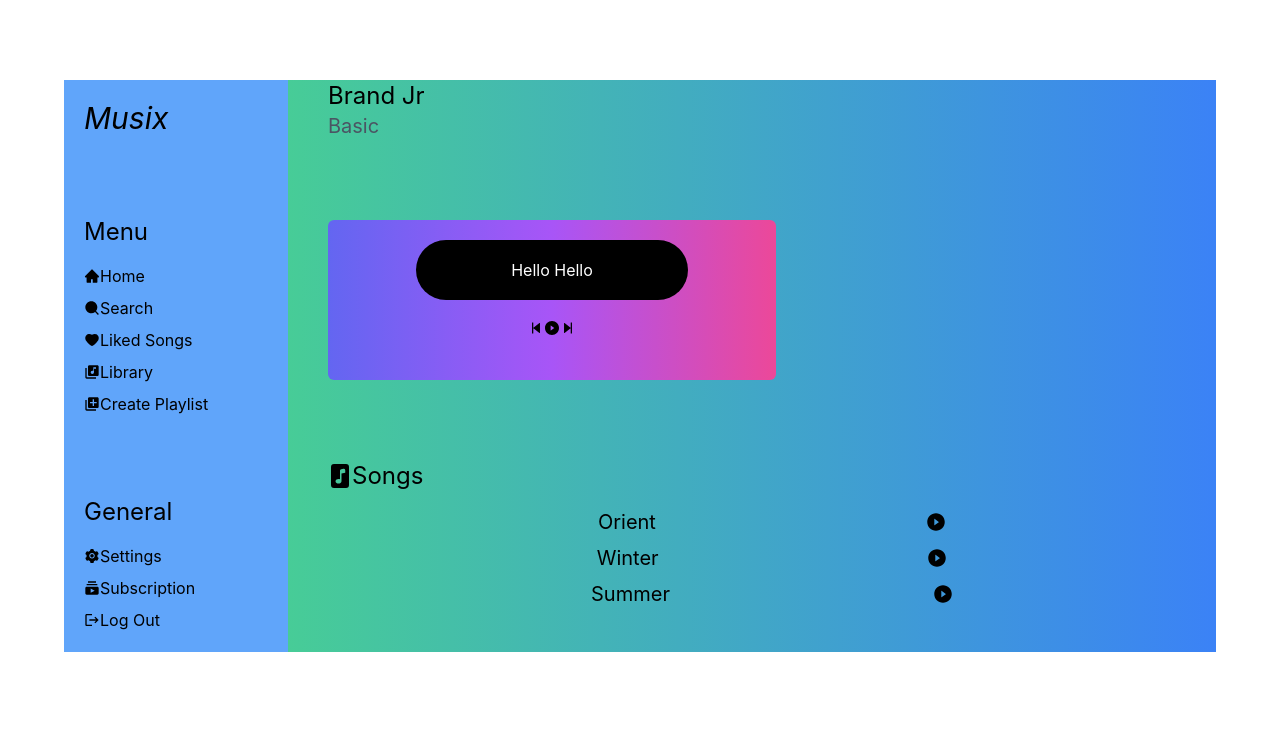
Repository: brandford7/music-player
Page: /
The author's editor kept a copy of each file at every save. The page is drawn from the files as they stood at one save, then again after the next save.
The browser window is 1280 px wide. The pictures show the whole page.
The project was rebuilt for these pictures with package versions that can differ from the ones it lists, and the page was loaded fresh each time. The framework's server and built-in components were replaced by stand-ins that run in the browser. Also part of the build but not shown: next.config.js.

Above is the page before, as saved 2022-11-18 13:02:12.

### pages/index.js
import Head from "next/head";
import Image from "next/image";
import { MusicCard, Sidebar, SongList, UserAvatar } from "../components";

export default function Home() {
  return (
    <div className="flex mx-auto max-w-6xl my-20 space-x-10 bg-gradient-to-r from-green-400 to-blue-500">
      <Head>
        <title>Music Player</title>
        <meta name="description" content="Generated by create next app" />
        <link rel="icon" href="/favicon.ico" />
      </Head>
      <aside>
        <Sidebar />
      </aside>
      <main className="flex flex-col flex-1 space-y-20">
        <UserAvatar name="Brand Jr" subscription="Basic" />
        <MusicCard title="Hello Hello" />
        <SongList />
      </main>
    </div>
  );
}

### styles/globals.css
@tailwind base;
@tailwind components;
@tailwind utilities;



html,
body {
  padding: 0;
  margin: 0;
  font-family: -apple-system, BlinkMacSystemFont, Segoe UI, Roboto, Oxygen,
    Ubuntu, Cantarell, Fira Sans, Droid Sans, Helvetica Neue, sans-serif;
}

a {
  color: inherit;
  text-decoration: none;
}

* {
  box-sizing: border-box;
}

@media (prefers-color-scheme: dark) {
  html {
    color-scheme: dark;
  }
  body {
    color: white;
    background: black;
  }
}

### components/index.js
export { default as Sidebar } from './Sidebar';
export { default as UserAvatar } from './UserAvatar';
export { default as MusicCard } from './MusicCard';
export { default as MusicButton } from './MusicButton';
export { default as SongList } from './SongList';

### components/Sidebar.jsx
import React from "react";
import { AiFillHome, AiFillHeart, AiFillSetting } from "react-icons/ai";
import {
  MdLibraryMusic,
  MdLibraryAdd,
  MdLogout,
  MdSubscriptions,
} from "react-icons/md";
import { RiSearchFill } from "react-icons/ri";

const Sidebar = () => {
  return (
    <div className="flex flex-col space-y-20 bg-blue-400 p-5  w-56">
      <section>
        <h1 className="text-3xl italic">Musix</h1>
      </section>
      <section>
        <h2 className="mb-4 text-2xl">Menu</h2>
        <ul className="space-y-2">
          <li className="flex items-center ">
            <AiFillHome />
            Home
          </li>
          <li className="flex items-center ">
            <RiSearchFill />
            Search
          </li>
          <li className="flex items-center ">
            <AiFillHeart />
            Liked Songs
          </li>
          <li className="flex items-center ">
            <MdLibraryMusic />
            Library
          </li>
          <li className="flex items-center ">
            <MdLibraryAdd />
            Create Playlist
          </li>
        </ul>
      </section>
      <section>
        <h2 className="mb-4 text-2xl">General</h2>
        <ul className="space-y-2">
          <li className="flex items-center ">
            <AiFillSetting />
            Settings
          </li>
          <li className="flex items-center ">
            <MdSubscriptions />
            Subscription
          </li>
          <li className="flex items-center ">
            <MdLogout />
            Log Out
          </li>
        </ul>
      </section>
    </div>
  );
};

export default Sidebar;

### components/UserAvatar.jsx
import React from "react";

const UserAvatar = ({ image, name, subscription }) => {
  return (
    <div className="flex flex-col">
      <img src={image} alt="" />
      <h2 className="text-2xl">{name}</h2>
      <p className="text-gray-600 text-xl"> {subscription}</p>
    </div>
  );
};

export default UserAvatar;

### components/MusicCard.jsx
import React from "react";
import MusicButton from "./MusicButton";
import {
  AiFillPlayCircle,
  AiFillStepBackward,
  AiFillStepForward,
} from "react-icons/ai";

const MusicCard = ({ title }) => {
  return (
    <div className=" flex flex-col items-center space-y-5 p-5 max-w-md rounded-md h-40 w-4/5 bg-gradient-to-r from-indigo-500 via-purple-500 to-pink-500">
      <section className="flex items-center justify-center rounded-full h-2/4 w-2/3 bg-black text-white">
        {title}
      </section>
      <section className="flex items-center justify-center">
        <MusicButton icon={<AiFillStepBackward />} />
        <MusicButton icon={<AiFillPlayCircle />} />
        <MusicButton icon={<AiFillStepForward />} />
      </section>
    </div>
  );
};

export default MusicCard;

### components/MusicButton.jsx
import React from 'react'

const MusicButton = ({icon}) => {
  return (
      <div>{icon}</div>
  )
}

export default MusicButton

### components/SongList.jsx
import React from "react";
import { BsFillFileMusicFill } from "react-icons/bs";
import { AiFillPlayCircle } from "react-icons/ai";
import MusicButton from "./MusicButton";

const SongList = () => {
  return (
    <div>
      <h1 className="flex items-center space-x-5 text-2xl mb-4">
        <BsFillFileMusicFill />
        Songs
      </h1>
      <section>
        <ul className="flex flex-col text-xl space-y-2">
          <li className="flex items-center justify-evenly ">
            Orient <MusicButton icon={<AiFillPlayCircle />} />
          </li>
          <li className="flex items-center justify-evenly ">
            Winter <MusicButton icon={<AiFillPlayCircle />} />
          </li>
          <li className="flex items-center justify-evenly ">
            Summer <MusicButton icon={<AiFillPlayCircle />} />
          </li>
        </ul>
      </section>
    </div>
  );
};

export default SongList;

Loaded but not shown: pages/_app.js (common file); tailwind.config.js (common file)

After the next save:
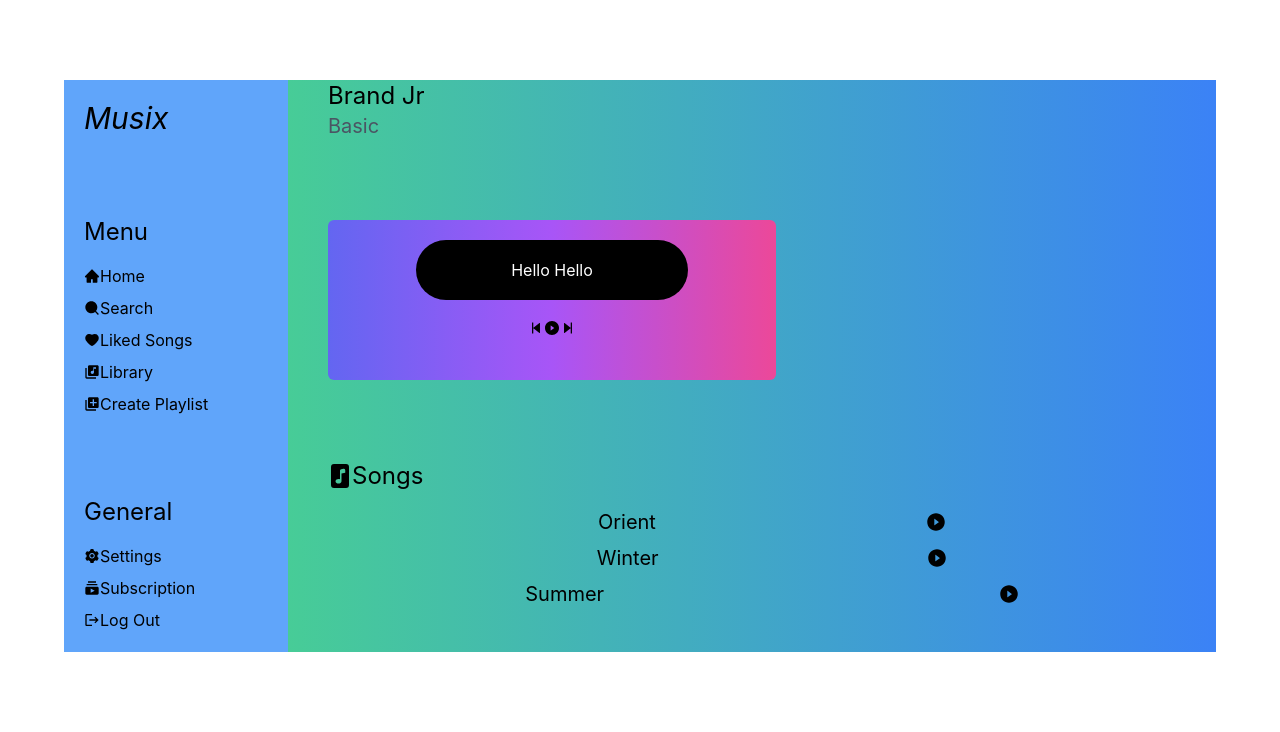
Saved 20 s later.
--- a/components/SongList.jsx
+++ b/components/SongList.jsx
@@ -18,7 +18,7 @@ const SongList = () => {
           <li className="flex items-center justify-evenly ">
             Winter <MusicButton icon={<AiFillPlayCircle />} />
           </li>
-          <li className="flex items-center justify-evenly ">
+          <li className="flex items-center justify-around ">
             Summer <MusicButton icon={<AiFillPlayCircle />} />
           </li>
         </ul>
